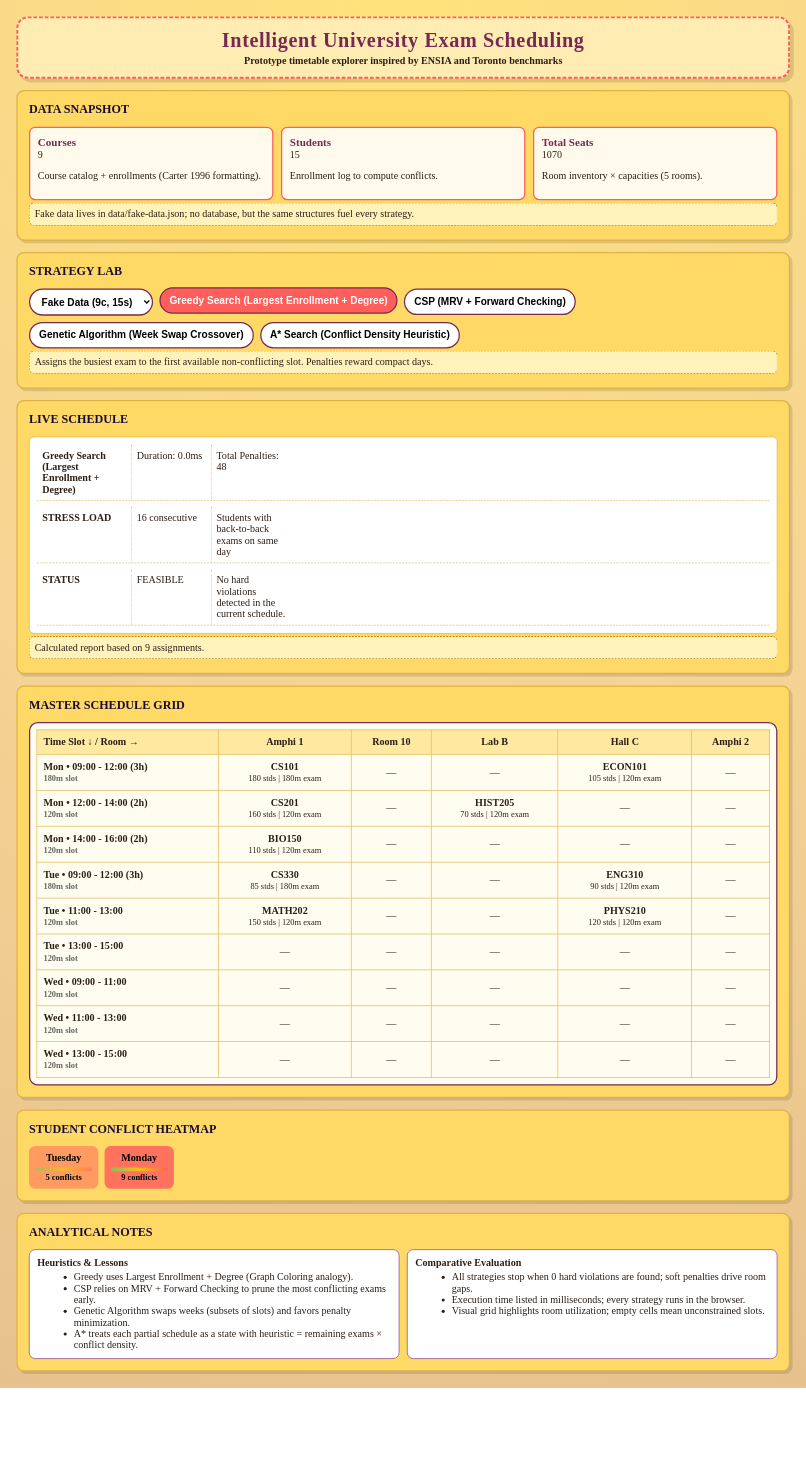
Repository: tarikko/AIExamScheduler
Page: index.html
The author's editor kept a copy of each file at every save. The page is drawn from the files as they stood at one save, then again after the next save.
The browser window is 1280 px wide. The pictures show the whole page, at 63% of full size.

Above is the page before, as saved 2026-02-23 23:35:38.

After the next save:
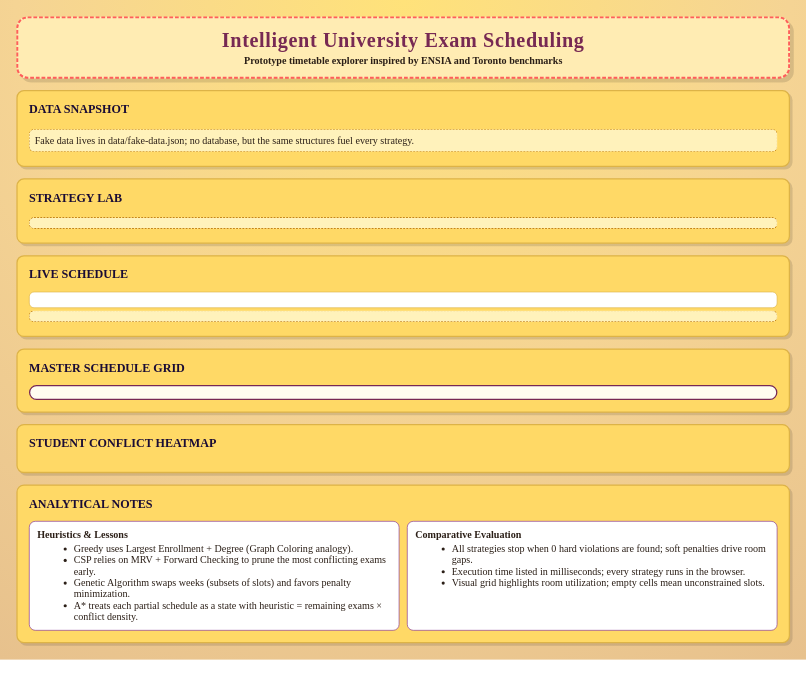
Console error (its wording comes from the project's code and is left out).
Saved 9 min 21 s later.
--- a/js/time-slots.js
+++ b/js/time-slots.js
@@ -1,65 +1,31 @@
-export const timeSlots = [
-	{
-		id: "Mon-09-12",
-		day: "Monday",
-		label: "Mon • 09:00 - 12:00 (3h)",
-		durationMins: 180,
-		index: 0,
-	},
-	{
-		id: "Mon-12-14",
-		day: "Monday",
-		label: "Mon • 12:00 - 14:00 (2h)",
-		durationMins: 120,
-		index: 1,
-	},
-	{
-		id: "Mon-14-16",
-		day: "Monday",
-		label: "Mon • 14:00 - 16:00 (2h)",
-		durationMins: 120,
-		index: 2,
-	},
-	{
-		id: "Tue-09-12",
-		day: "Tuesday",
-		label: "Tue • 09:00 - 12:00 (3h)",
-		durationMins: 180,
-		index: 3,
-	},
-	{
-		id: "Tue-11-13",
-		day: "Tuesday",
-		label: "Tue • 11:00 - 13:00",
-		durationMins: 120,
-		index: 4,
-	},
-	{
-		id: "Tue-13-15",
-		day: "Tuesday",
-		label: "Tue • 13:00 - 15:00",
-		durationMins: 120,
-		index: 5,
-	},
-	{
-		id: "Wed-09-11",
-		day: "Wednesday",
-		label: "Wed • 09:00 - 11:00",
-		durationMins: 120,
-		index: 6,
-	},
-	{
-		id: "Wed-11-13",
-		day: "Wednesday",
-		label: "Wed • 11:00 - 13:00",
-		durationMins: 120,
-		index: 7,
-	},
-	{
-		id: "Wed-13-15",
-		day: "Wednesday",
-		label: "Wed • 13:00 - 15:00",
-		durationMins: 120,
-		index: 8,
-	},
-];
+/**
+ * Generates a clean set of non-overlapping exam time slots for the fake dataset.
+ * Each day has three slots: a 3-hour morning block and two 2-hour afternoon blocks.
+ * Slots are self-contained in `data.timeSlots` — no algorithm needs to import this file directly.
+ */
+export function generateTimeSlots() {
+	const schedule = [
+		{ day: "Monday",    short: "Mon", slots: [{ start: "09:00", end: "12:00", mins: 180 }, { start: "13:00", end: "15:00", mins: 120 }, { start: "15:00", end: "17:00", mins: 120 }] },
+		{ day: "Tuesday",   short: "Tue", slots: [{ start: "09:00", end: "12:00", mins: 180 }, { start: "13:00", end: "15:00", mins: 120 }, { start: "15:00", end: "17:00", mins: 120 }] },
+		{ day: "Wednesday", short: "Wed", slots: [{ start: "09:00", end: "12:00", mins: 180 }, { start: "13:00", end: "15:00", mins: 120 }, { start: "15:00", end: "17:00", mins: 120 }] },
+	];
+
+	const timeSlots = [];
+	let index = 0;
+
+	schedule.forEach(({ day, short, slots }) => {
+		slots.forEach(({ start, end, mins }) => {
+			const startH = start.replace(":", "");
+			const endH = end.replace(":", "");
+			timeSlots.push({
+				id: `${short}-${startH}-${endH}`,
+				day,
+				label: `${short} • ${start} - ${end} (${mins / 60}h)`,
+				durationMins: mins,
+				index: index++,
+			});
+		});
+	});
+
+	return timeSlots;
+}

After the save that followed:
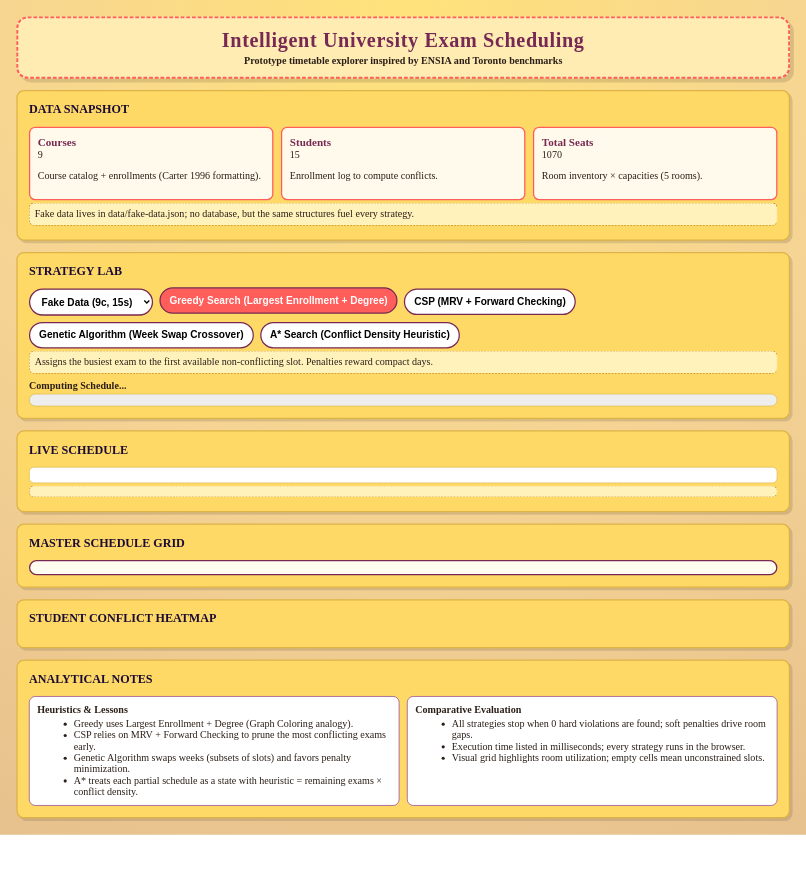
The error is gone.
Saved 13 s later.
--- a/js/app.js
+++ b/js/app.js
@@ -1,4 +1,4 @@
-import { timeSlots } from "./time-slots.js";
+import { generateTimeSlots } from "./time-slots.js";
 import { assessPenalties } from "./utils.js";
 import {
 	renderDataOverview,
@@ -40,6 +40,7 @@ function updateProgressBar(percent) {
 
 async function init() {
 	dataset = await fetch("data/fake-data.json").then((res) => res.json());
+	dataset.timeSlots = generateTimeSlots();
 	renderDataOverview(dataset);
 
 	const controlBar = document.getElementById("strategy-controls");
@@ -127,7 +128,7 @@ function runStrategy(key) {
 				students: dataset.students,
 			});
 
-			buildMasterGrid(result, dataset.rooms, timeSlots);
+			buildMasterGrid(result, dataset.rooms, dataset.timeSlots);
 			buildHeatmap(result, dataset.students);
 			updateComparison(key, {
 				label: algorithms[key].label,
